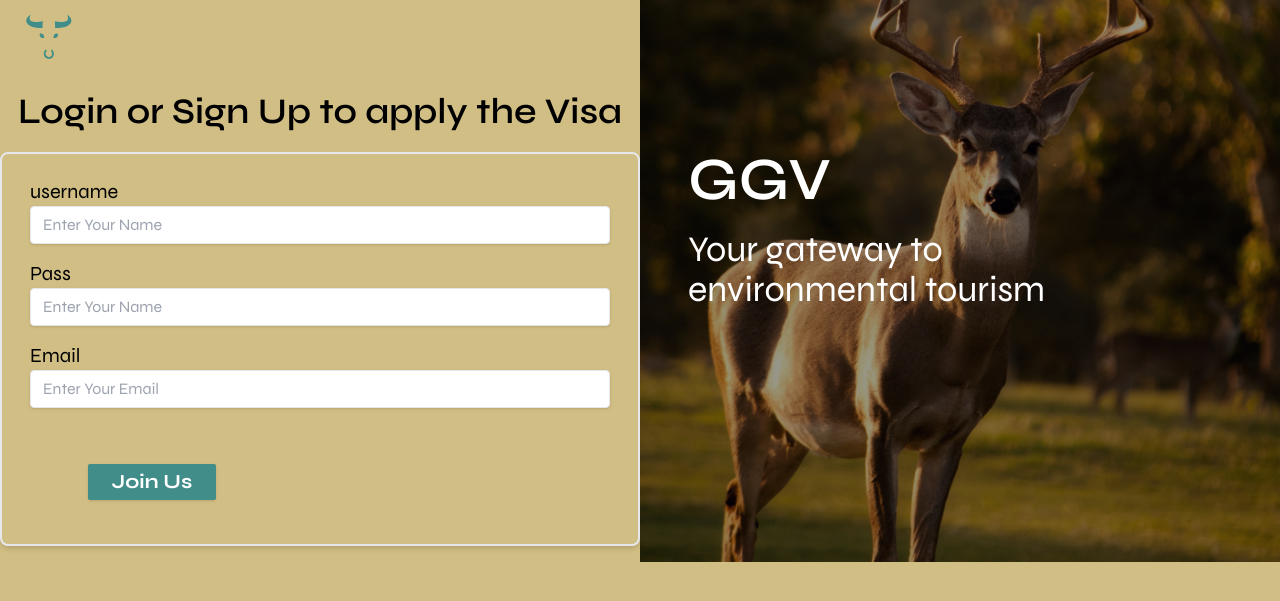
Repository: EngrAhmadUmar/landing-page
Page: /register
An editor plug-in stored every save of this project. The page is shown before and after the next save, followed by the edit.
The browser window is 1280 px wide. The pictures show the whole page.
The project was rebuilt for these pictures with package versions that can differ from the ones it lists, and the page was loaded fresh each time. The framework's server and built-in components were replaced by stand-ins that run in the browser. Also part of the build but not shown: next.config.js, styles/Home.module.css, src/Queries/conservationAreas.jsx, src/mutations/ApplyVisa.js, src/Queries/areaOfConservationQuery.js, src/Components/GetConservationAreas.js, src/Components/ApplyPageComponents/ApplyForm.jsx, src/Components/ApplyPageComponents/FormButton.jsx and 1 more.

Above is the page before, as saved 2022-07-12 09:40:52.

After the next save:
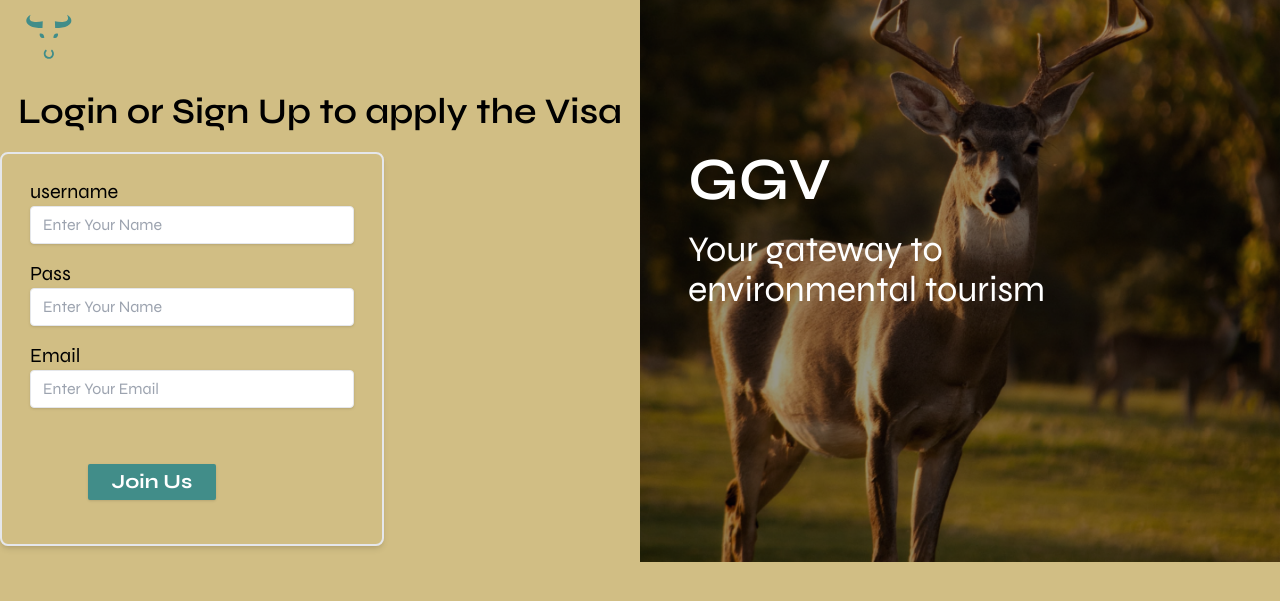
Saved 61 s later.
--- a/src/Components/ApplyPageComponents/RegisterForm.jsx
+++ b/src/Components/ApplyPageComponents/RegisterForm.jsx
@@ -60,6 +60,7 @@ const JoinUs = () => {
           <div className="mt-3">
             <Logo />
           </div>
+
           <h3
             className={`${
               styles.headings
@@ -67,9 +68,10 @@ const JoinUs = () => {
           >
             Login or Sign Up to apply the Visa
           </h3>
+          <div></div>
           <form
             onSubmit={onSubmit}
-            className="pt-6 pb-8 mb-4 border-2 rounded-lg shadow-md px-7 border-gray "
+            className="pt-6 pb-8 mb-4 border-2 rounded-lg shadow-md px-7 border-gray max-w-sm "
           >
             <div className="mb-4">
               <label className="text-lg md:text-xl">username</label>
@@ -106,7 +108,7 @@ const JoinUs = () => {
             </div>
 
             <div className="mt-5 ml-[8vh]">
-              <button className="shadow bg-green focus:shadow-outline focus:outline-none text-white font-bold px-6 md:text-xl bg-[#418d89] rounded-sm mt-8 mb-3 py-1">
+              <button className="shadow bg-green focus:shadow-outline focus:outline-none text-white font-bold px-6 md:text-xl rounded-sm mt-8 mb-3 py-1">
                 {loading ? "Sending" : "Join Us"}
               </button>
             </div>
